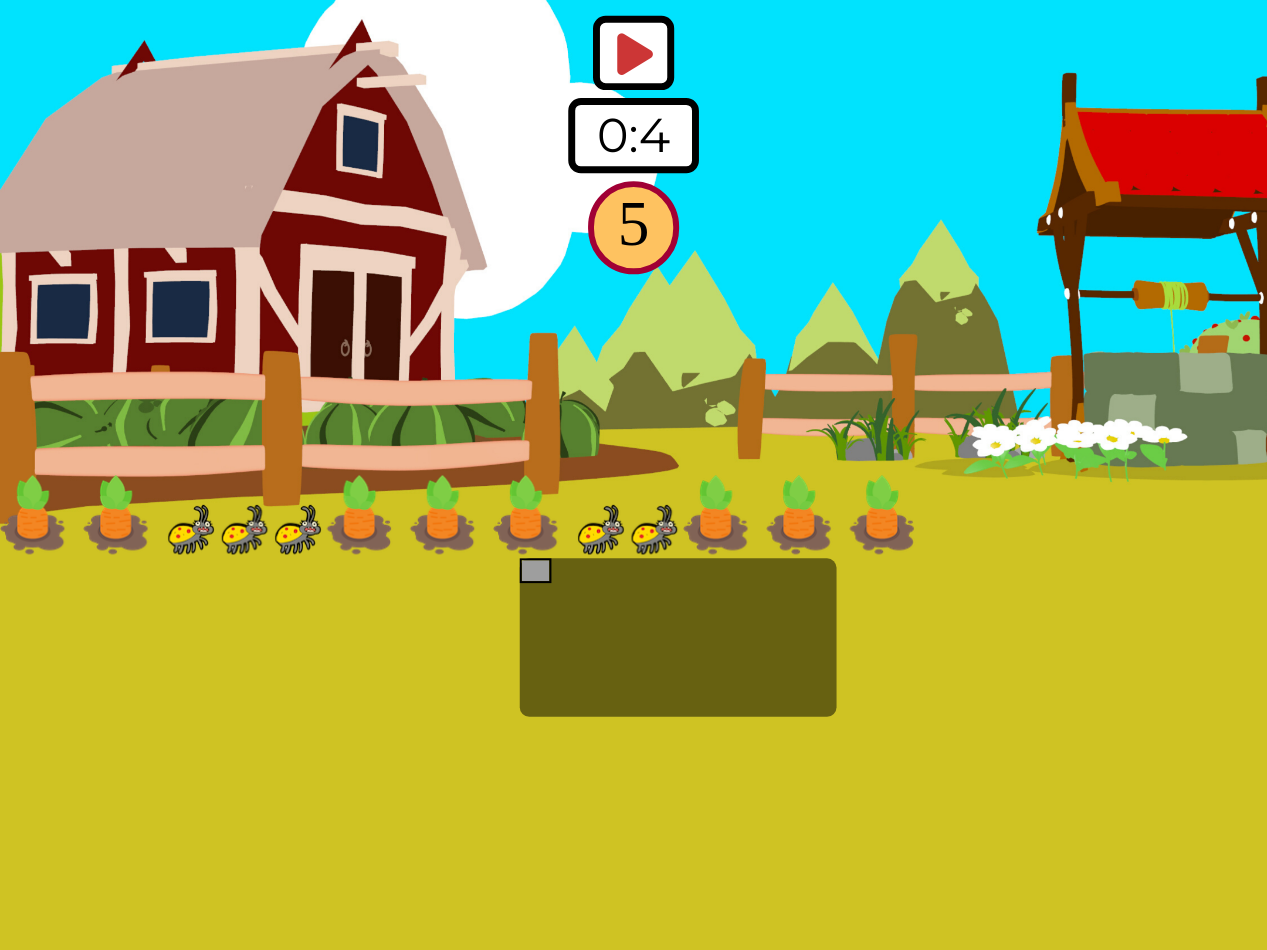
Repository: sephinejo/Mini-carrot-game
Page: index.html
An editor plug-in stored every save of this project. The page is shown before and after the next save, followed by the edit.
The browser window is 1280 px wide. The pictures show the whole page, at 99% of full size.
Pictures or frames that could not be fetched are drawn as grey boxes. Some web fonts or font styles are not loaded; a fallback is used. Some web libraries are served in a nearby version.

Above is the page before, as saved 2023-05-14 23:14:11.

After the next save:
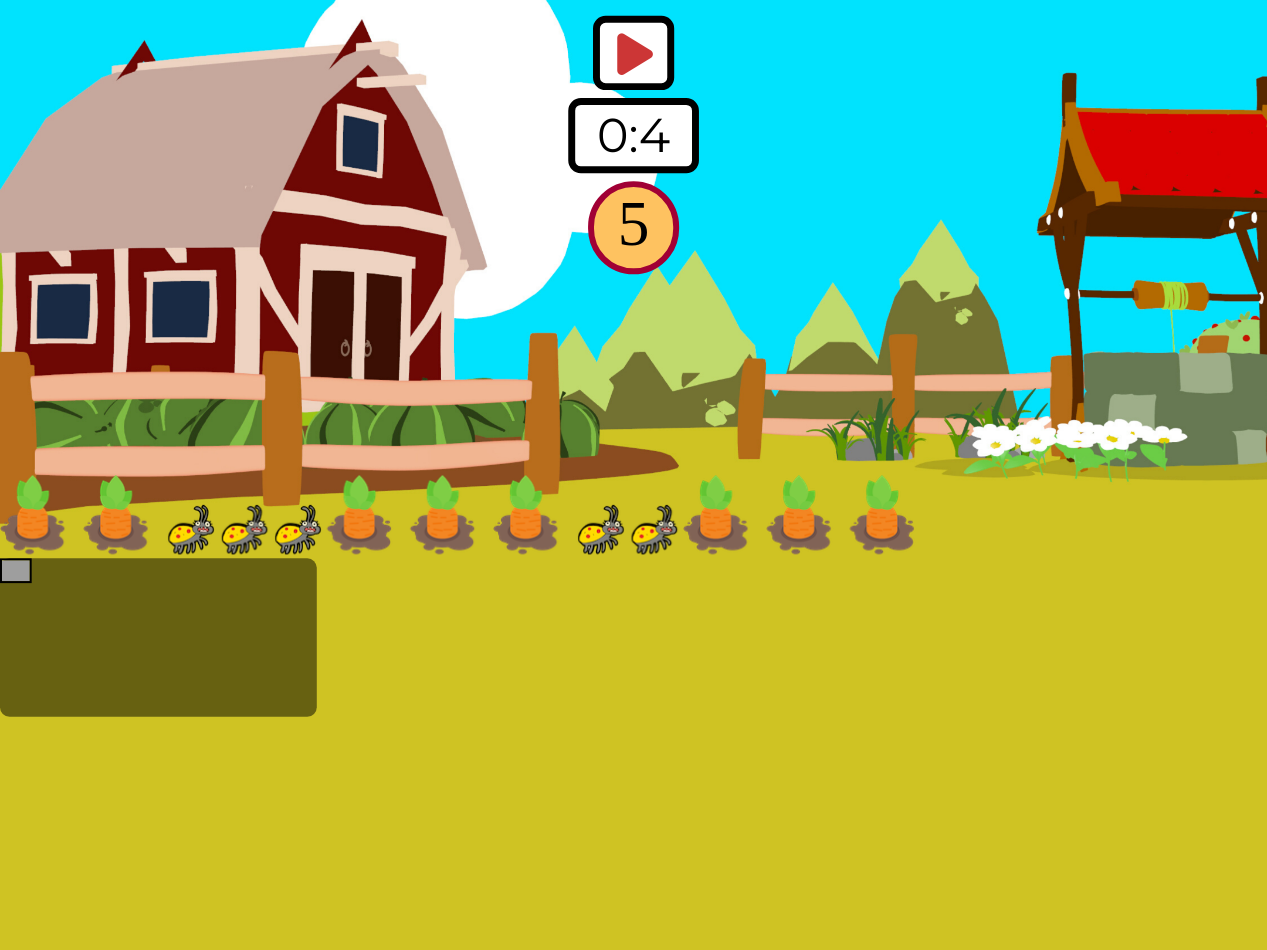
Saved 13 s later.
--- a/style.css
+++ b/style.css
@@ -55,7 +55,7 @@
   background: rgba(0, 0, 0, 0.5);
   border-radius: 0.6rem;
   position: absolute;
-  left: 41%;
+  margion: 0 auto;
 }
 
 .replay {

After the save that followed:
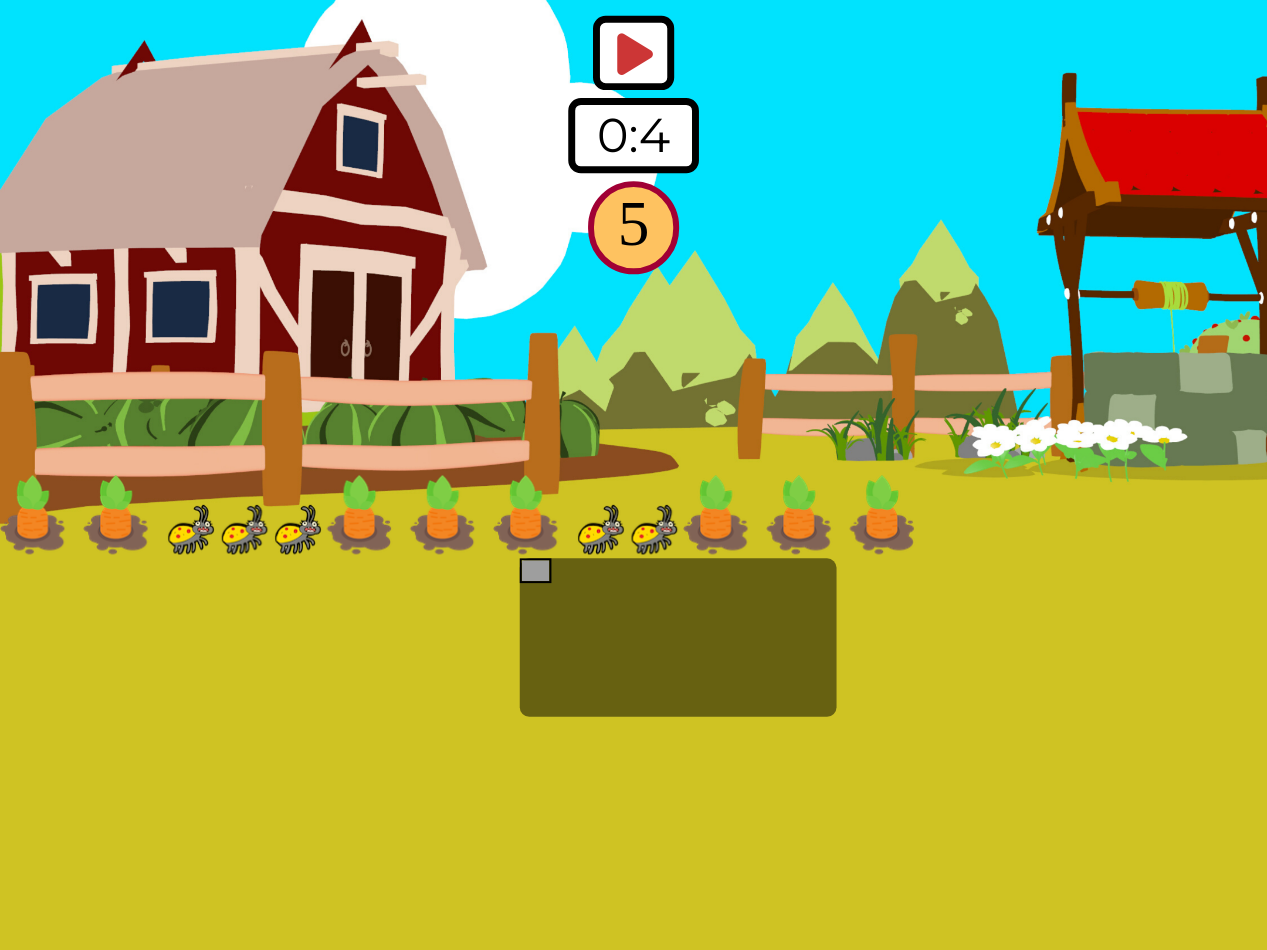
Saved 5 s later.
--- a/style.css
+++ b/style.css
@@ -55,7 +55,7 @@
   background: rgba(0, 0, 0, 0.5);
   border-radius: 0.6rem;
   position: absolute;
-  margion: 0 auto;
+  left: 41%;
 }
 
 .replay {
